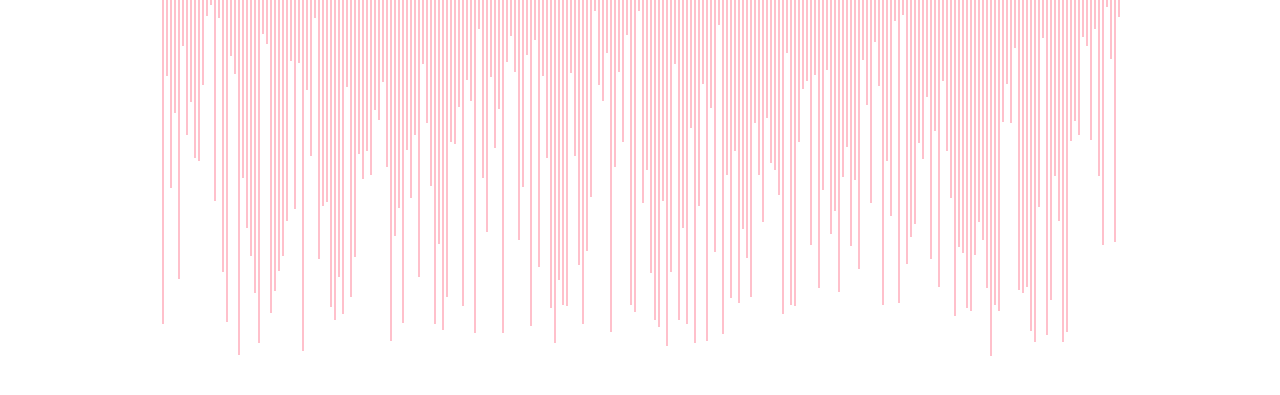
Repository: rehans-Life/sorting-visualizer
Page: /
The author's editor kept a copy of each file at every save. The page is drawn from the files as they stood at one save, then again after the next save.
The browser window is 1280 px wide. The pictures show the whole page.
The project was rebuilt for these pictures with package versions that can differ from the ones it lists, and the page was loaded fresh each time. The framework's server and built-in components were replaced by stand-ins that run in the browser. Also part of the build but not shown: next.config.js.

Above is the page before, as saved 2023-03-17 17:45:18.

After the next save:
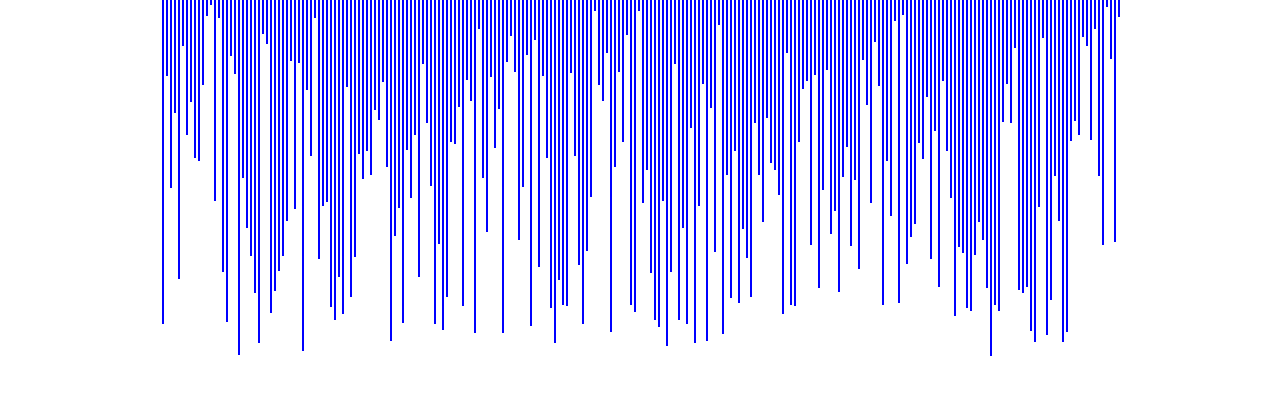
Saved 68 s later.
--- a/styles/Element.module.css
+++ b/styles/Element.module.css
@@ -1,5 +1,5 @@
 .element {
   width: 2px;
-  background-color: pink;
+  background-color: blue;
   margin: 0 0 0 2px;
 }
